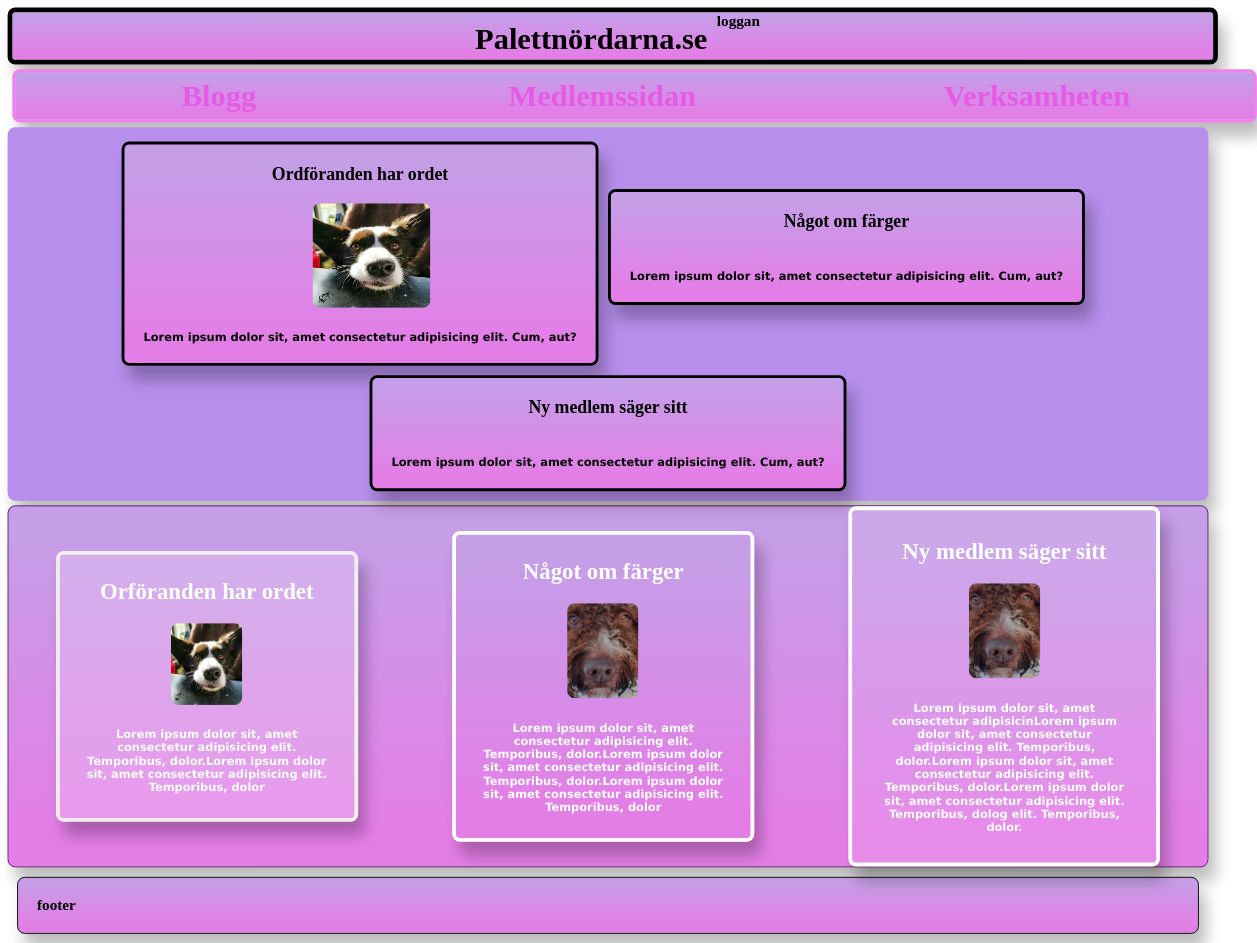
Repository: Webutveckling-20-21/lektion-3-CSS
Page: index.html
The author's editor kept a copy of each file at every save. The page is drawn from the files as they stood at one save, then again after the next save.
The browser window is 1280 px wide. The page is 1323 px wide, so the pictures cover 1323 px, including what lies to the right of the window. The pictures show the whole page, at 95% of full size.
Some web fonts or font styles are not loaded; a fallback is used.

Above is the page before, as saved 2021-10-02 16:41:51.

### index.html
<!DOCTYPE html>
<html lang="en">

<head>
    <meta charset="UTF-8">
    <meta http-equiv="X-UA-Compatible" content="IE=edge">
    <meta name="viewport" content="width=device-width, initial-scale=1.0">
    <link rel="stylesheet" href="style.css">
    <title>lektion 3</title>
</head>

<body>
    <div class="header">
       <h1>Palettnördarna.se</h1>
       <div class="logo">
           loggan
       </div>

    </div>

    <ul class="navbar">

            <li class="nav-list"> <a href="index.html">Blogg</a></li>
            <li><a href="#">Medlemssidan</a></li>
            <li><a href="#">Verksamheten</a></li>

        </ul>

    <div class="main-center">

        <div class="article1">
            <h3>Ordföranden har ordet</h3>
            <img src="images/ord.jpg" class="thumbnail" height="110" width="110" alt="Bild på ordföranden">
            <p>Lorem ipsum dolor sit, amet consectetur adipisicing elit. Cum, aut?</p>
        </div>
        <div class="article2">
            <h3>Något om färger</h3>
            <p>Lorem ipsum dolor sit, amet consectetur adipisicing elit. Cum, aut?</p>
        </div>
        <div class="article3">
            <h3>Ny medlem säger sitt</h3>
            <p>Lorem ipsum dolor sit, amet consectetur adipisicing elit. Cum, aut?</p>
        </div>
    </div>
    <div class="box">
        <div class="blue">
            <h2>Orföranden har ordet</h2>
            <!-- <p>Lorem ipsum dolor sit amet consectetur adipisicing elit. Praesentium, laboriosam.Lorem ipsum dolor sit, amet consectetur adipisicing elit. Temporibus, dolor </p> -->
            <div class="images">
                <!-- <h2>Bilder</h2> -->
                <img src="images/ord.jpg" alt="bild">
                <p>Lorem ipsum dolor sit, amet consectetur adipisicing elit. Temporibus, dolor.Lorem ipsum dolor sit, amet consectetur adipisicing elit. Temporibus, dolor</p>
            </div>
        </div>
        <div class="green">
            <h2>Något om färger</h2>
            <!-- <p>Lorem ipsum dolor sit amet consectetur adipisicing elit. Praesentium, laboriosam. </p> -->
            <div class="images">
                <!-- <h2>Bilder</h2> -->
                <img src="images/olle.jpg" alt="bild">
                <p>Lorem ipsum dolor sit, amet consectetur adipisicing elit. Temporibus, dolor.Lorem ipsum dolor sit, amet consectetur adipisicing elit. Temporibus, dolor.Lorem ipsum dolor sit, amet consectetur adipisicing elit. Temporibus, dolor</p>
            </div>
        </div>
        <div class="red">
            <h2>Ny medlem säger sitt</h2>
            <!-- <div><p>Lorem ipsum dolor sit amet consectetur adipisicing elit. Praesentium, laboriosam.</p> -->
                <div class="images">
                <!---<h2>Bilder</h2>------>
                    <img src="images/olle.jpg" alt="bild">
                    <p>Lorem ipsum dolor sit, amet consectetur adipisicinLorem ipsum dolor sit, amet consectetur adipisicing elit. Temporibus, dolor.Lorem ipsum dolor sit, amet consectetur adipisicing elit. Temporibus, dolor.Lorem ipsum dolor sit, amet consectetur adipisicing elit. Temporibus, dolog elit. Temporibus, dolor.</p>
                </div>
            </div>
        </div>
    </div>
</body>
<div class="footer-place"> footer</div>





</html>

### style.css
@import url('https://fonts.googleapis.com/css2?family=Grechen+Fuemen&display=swap');

body {
    font-family: 'Grechen Fuemen', cursive;
    font-weight: bolder;
}
.header{
    display:flex;
    width: 100%;
    height:50px;
    border:5px solid black;
    background: linear-gradient(to bottom, #c69de7 10%, #e47ee7 90%);
    box-shadow: 7.6px 15.2px 15.2px hsl(0deg 0% 0% / 0.26);
    border-radius:8px;
    justify-content: center;
}
.header h1 {
    margin:10px;
}

.navbar {
    width: 100%;
    height: 50px;
    display: flex;
    align-items: center;
    justify-content: space-around;
    background-color: #eed9f8;
    margin: 5px;
    border-radius:8px;
}

ul {

    list-style-type: none;
    display: flex;
    margin: 5;
    padding: 5;
    overflow: hidden;
    border:3px solid violet;
    background: linear-gradient(to bottom, #c69de7 10%, #e47ee7 90%);
    box-shadow: 7.6px 15.2px 15.2px hsl(0deg 0% 0% / 0.26);
}

.nav-list {
    margin: 5px;

}

a {
    text-decoration: none;
    font-size: 2rem;
    color:rgb(230, 90, 230);

}

a:hover {
    color:rgb(53, 5, 53);
}
.thumbnail:hover {
    position:relative;
    top:-20px;
    left:-30px;
    width:500px;
    height:auto;
    display:block;
    z-index:999;
}
/* <img src="[your hosted image URL]" class="thumbnail" height="100" width="100" />  */



.box {
    background: linear-gradient(to bottom, #c69de7 10%, #e47ee7 90%);
    /* height:200px; */
    display: flex;
    max-width: 100%;
    align-items: center;
    justify-content: center;
    border: 1px solid rgb(86, 5, 102);
    border-radius: 8px;
    flex-wrap: wrap;
    justify-content: center;
    /* opacity: 0.5; */
    box-shadow: 7.6px 15.2px 15.2px hsl(0deg 0% 0% / 0.26);
}

.blue {

   /* background: linear-gradient(to bottom, #c69de7 10%, #e47ee7 90%);*/
    max-width: 300px;
    background-color:rgba(255,255,255,0.2) ;
    margin: auto;
    border: 4px solid rgb(241, 238, 238);
    color: white;
    text-align: center;
    border-radius: 8px;
    justify-content: center;
    padding: 5px;
    box-shadow: 7.6px 15.2px 15.2px hsl(0deg 0% 0% / 0.26);


}

.green {

    background: linear-gradient(to bottom, #c69de7 10%, #e47ee7 90%);
    max-width: 300px;
    margin: auto;
    border: 4px solid white;
    color: white;
    text-align: center;
    border-radius: 8px;
    justify-content: center;
    padding: 5px;
    box-shadow: 7.6px 15.2px 15.2px hsl(0deg 0% 0% / 0.26);


}

.red {

    /*background: linear-gradient(to bottom, #c69de7 10%, #e47ee7 90%);*/
    max-width: 300px;
    margin: auto;
    color: white;
    text-align: center;
    border: 4px solid white;
    background:rgba(255,255,255,0.1);

    border-radius: 8px;
    justify-content: center;
    padding: 10px;
    box-shadow: 7.6px 15.2px 15.2px hsl(0deg 0% 0% / 0.26);

}

img {
    width: 25%;
    border-radius: 8px;
    max-width: 300px;
    margin: auto;
}

h2 {
    justify-content: center;
}

.main-center h3 {
    justify-content: center;
}
p{
    font-size: 0.75rem;
}

.main-center {
    display: flex;
    flex-direction: row;
    flex-wrap: wrap;
    /* border: 1px solid black; */
    border-radius: 8px;
    align-items: center;
    justify-content: center;
    background-color: rgb(183, 142, 236);
    box-shadow: 7.6px 15.2px 15.2px hsl(0deg 0% 0% / 0.26);
    margin-bottom: 5px;
}

.article1{
    margin-top:15px;
    border: 3px solid black;
    border-radius: 8px;
    justify-content: center;
    align-items: center;
    background: linear-gradient(to bottom, #c69de7 10%, #e47ee7 90%);
    box-shadow: 7.6px 15.2px 15.2px hsl(0deg 0% 0% / 0.26);

}
.article1 img {
    border-radius: 8px;
    margin-left: 40% ;
    margin-right: -50% ;

}

.article2 {
    margin: 10px;
    border: 3px solid black;
    justify-content: center;
    align-items: center;
    border-radius:8px;

    box-shadow: 7.6px 15.2px 15.2px hsl(0deg 0% 0% / 0.26);
    background: linear-gradient(to bottom, #c69de7 10%, #e47ee7 90%);

}

.article3 {
    margin: 10px;
    border: 3px solid black;
    justify-content: center;
    align-items: center;
    border-radius: 8px;
    background: linear-gradient(to bottom, #c69de7 10%, #e47ee7 90%);
    box-shadow: 7.6px 15.2px 15.2px hsl(0deg 0% 0% / 0.26);
}

h3 {
    margin: auto;
}

p {
    text-align: center;
    margin: 10px;
    padding: 10px;
    font-family: 'Lucida Sans', 'Lucida Sans Regular', 'Lucida Grande', 'Lucida Sans Unicode', Geneva, Verdana, sans-serif;

}

h3 {
    padding: 20px;
    text-align: center;
}

.footer-place {
    padding: 20px;
    margin: 10px;
    border: 1px solid black;
    background: linear-gradient(to bottom, #c69de7 10%, #e47ee7 90%);
    box-shadow: 7.6px 15.2px 15.2px hsl(0deg 0% 0% / 0.26);
    border-radius: 8px;
}

After the next save:
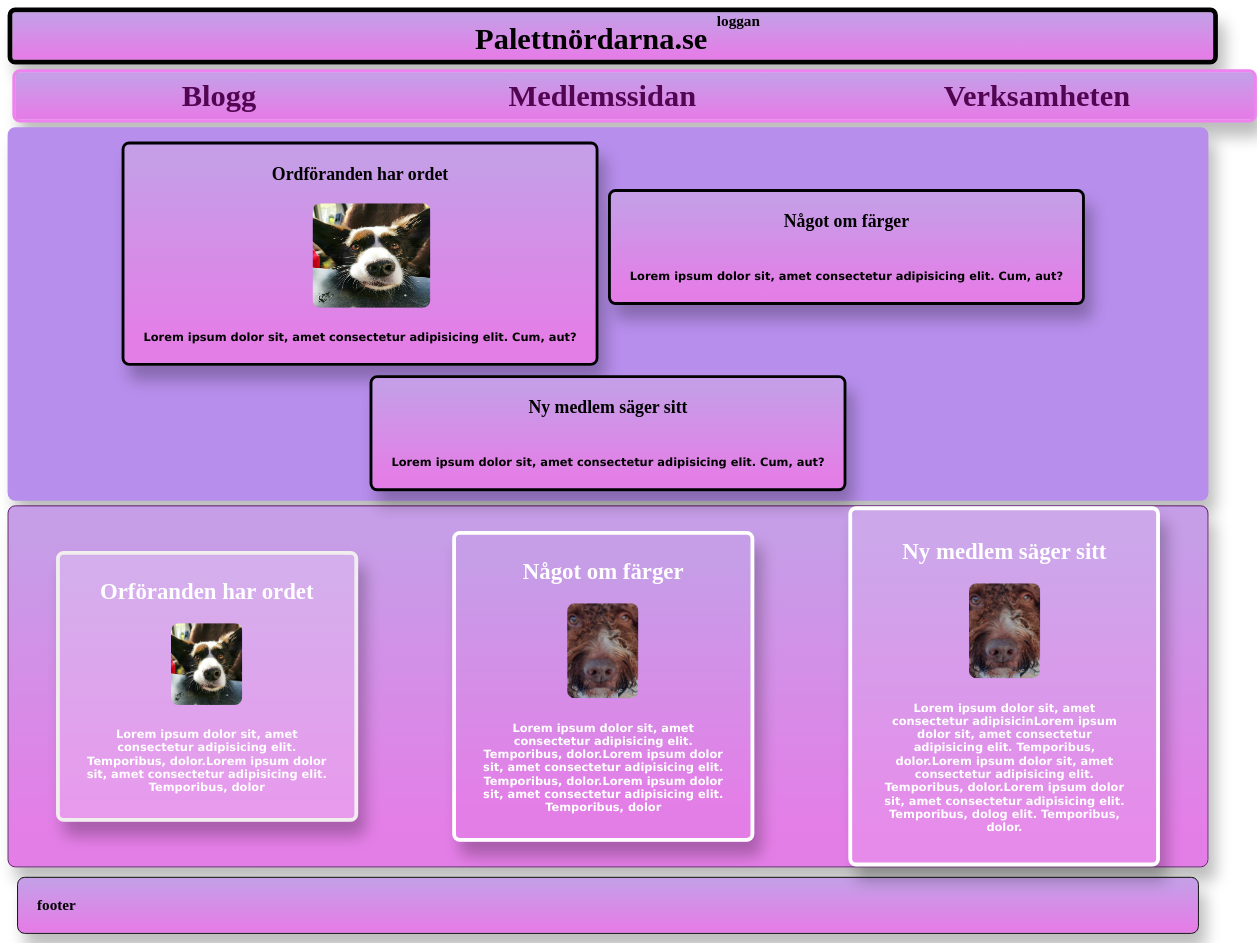
Saved 21 s later.
--- a/style.css
+++ b/style.css
@@ -49,7 +49,7 @@ ul {
 a {
     text-decoration: none;
     font-size: 2rem;
-    color:rgb(230, 90, 230);
+    color:rgb(82, 6, 82);
 
 }
 
